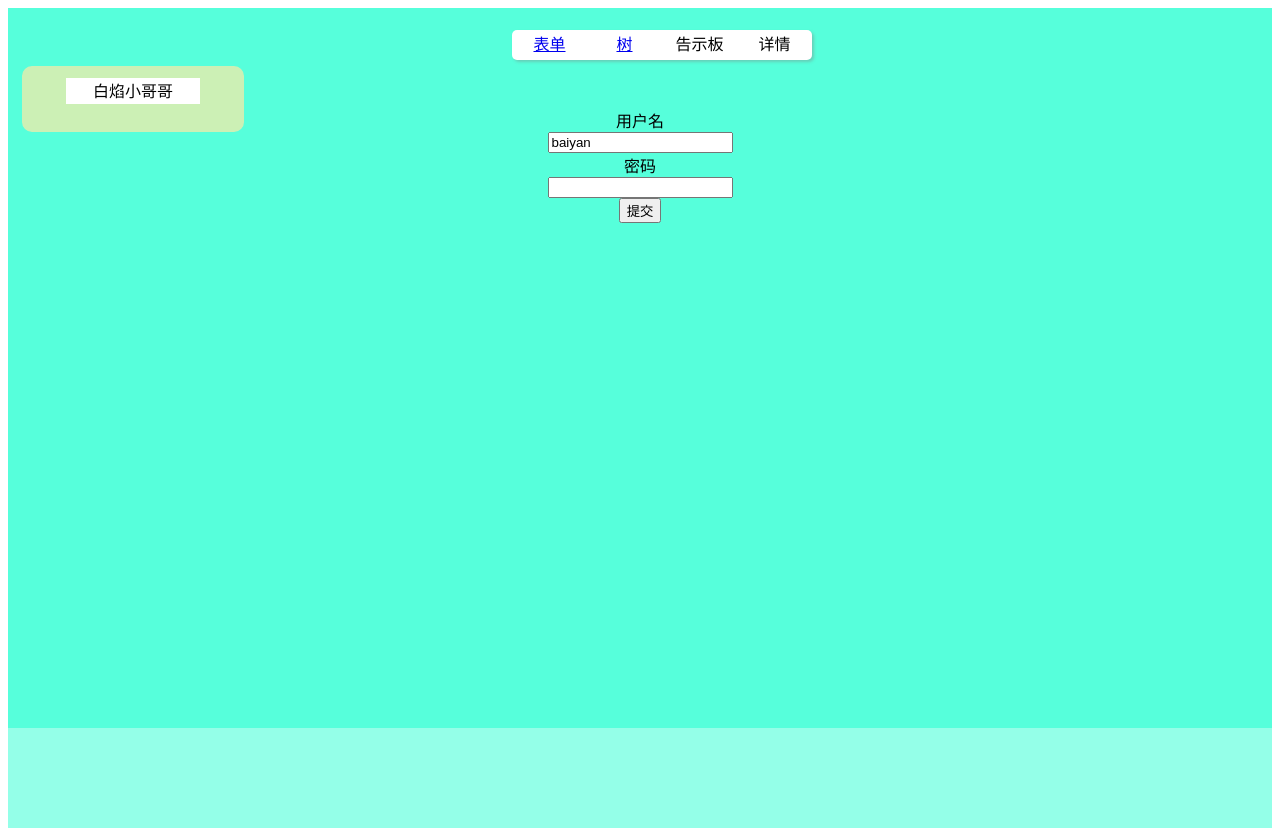
Repository: lxl0302/ClassBegin_-sound_code
Page: /#/kform
The author's editor kept a copy of each file at every save. The page is drawn from the files as they stood at one save, then again after the next save.
The browser window is 1280 px wide. The pictures show the whole page.
The project was rebuilt for these pictures with package versions that can differ from the ones it lists, and the page was loaded fresh each time. Also part of the build but not shown: src/notice/KNotice.vue, src/tree/Item1.vue, src/tree/index1.vue, src/views/homepage.vue.

Above is the page before, as saved 2020-07-10 17:04:28.

### src/main.js
import Vue from 'vue'
import App from './App.vue'
import create from './utils/create'
import router from './router/index'
import store from './store/index'

Vue.config.productionTip = false

Vue.prototype.$create =create

new Vue({
  router,
  store,
  render: h => h(App),
}).$mount('#app')

### src/App.vue
<template>
  <div id="app">
    <HelloWorld />
  </div>
</template>

<script>
import HelloWorld from './views/index'

export default {
  name: 'App',
  components: {
    HelloWorld
  }
}
</script>

<style>
  html,body{
    height: 100%;
  }
  #app {
    height: 100%;
  }
</style>

### src/utils/create.js
import Vue from 'vue';

export default function create(Component, props) {
  // 先创建实例
  const vm = new Vue({
    render(h) {
      // h就是createElement, 它返回VNode
      return h(Component, {props})
    }
  }).$mount();
  // 手动挂在dom 创建实例后 会有与实例对应的实体dom
  document.body.appendChild(vm.$el)
  // 销毁方法
  const comp = vm.$children[0];
  comp.remove = function() {
    document.body.removeChild(vm.$el); // 移除实体dom
    vm.$destroy() // 销毁实例
  }
  return comp
}

### src/router/index.js
import Vue from "vue";
import VueRouter from "vue-router";

// 1.安装插件
Vue.use(VueRouter);

// 2.创建vue-router实例
//   2.1 导入路由映射组件
import KFrom from "../form/index.vue";
import Tree from "../tree/index1.vue";
import HomePage from '../views/homepage.vue'
const router = new VueRouter({
  // 配置映射
  routes: [
    {
      path: '',
      redirect: '/pagehome'
    },
    {
      path: '/pagehome',
      component: HomePage
    },
    {
      path: "/kform", // 设置路由路径
      component: KFrom, // 路由路径对应组件
    },
    {
      path: "/tree",
      component: Tree,
    },
  ]
});

// 3.导出
export default router;

### src/store/index.js
import Vuex from 'vuex'
import Vue from 'vue'

Vue.use(Vuex)

const store = new Vuex.Store({
  state: {
    count: 0,
    masterName: '白焰小哥哥'
  },
  mutations: {
    increment(state) {
      state.count ++
    },
    decrement(state) {
      state.count --
    }
  }
})

export default store

### src/views/index.vue
<template>
  <div class="zong">
    <storeView></storeView>
    <div class="toolbar">
      <span><router-link to="/kform">表单</router-link></span>
      <span><router-link to="/tree">树</router-link></span>
      <span>告示板</span>
      <span>详情</span>
    </div>
    <!-- 展示路由组件 -->
    <router-view></router-view>
  </div>
</template>

<script>
  import storeView from './storeView'
  export default {
    name: 'index',
    components: {
      storeView
    },
    data() {
      return {}
    },
    computed: {
      testData() {
        return this.$store.state.count
      }
    },
    mounted() {},
    methods: {
      formClick() {
        this.$router.push('/kform')
      },
      treeClick() {
        this.$router.push('/tree')
      }
    }
  }
</script>
<style scoped>
  div {
    /*早期浏览器*/
    user-select: none;
  }

  .zong {
    width: 100%;
    height: 100%;
    background-color: rgba(0, 255, 200, 0.418);
  }

  .toolbar {
    position: absolute;
    top: 30px;
    left: 40%;
    width: 300px;
    height: 30px;
    border-radius: 5px;
    background-color: white;
    box-shadow: 2px 2px 3px rgba(128, 128, 128, 0.377);
    /* 设置元素两端对齐 */
    text-align: justify;
  }

  .toolbar::after {
    content: '';
    display: inline-block;
    overflow: hidden;
    width: 100%;
  }

  .toolbar span {
    width: 25%;
    /* 设置盒子为行内块 */
    display: inline-block;
    /* background-color: skyblue; */
    /* 设置盒子内元素水平居中 */
    text-align: center;
    /* 设置盒子内容垂直居中 */
    line-height: 30px;
  }

  .toolbar span:hover {
    font-size: 16px;
    color: rgb(47, 206, 255);
  }
</style>

### src/form/index.vue
<template>
  <div class="zong">
    <k-form :model="model" :rules="rules" ref="loginForm">
      <k-form-item label="用户名" prop="username">
        <k-input v-model="model.username" autocomplete="off"></k-input>
      </k-form-item>
      <k-form-item label="密码" prop="password">
        <k-input type="password" v-model="model.password" autocomplete="off"></k-input>
      </k-form-item>
      <k-form-item>
        <button @click="submitForm('loginForm')">提交</button>
      </k-form-item>
    </k-form>
  </div>
</template>

<script>
import KForm from './Form'
import KFormItem from './FromItem'
import KInput from './Input'

import KNotice from '../notice/KNotice'
export default {
  name: 'index',
  components: {
    KForm,
    KFormItem,
    KInput
  },
  data() {
    return {
      model: {username: "baiyan", password: ""},
      rules: {
        username: [{required: true, message: "请输入用户名"}],
        password: [{required: true, message: "请输入密码"}]
      }
    }
  },
  methods: {
    submitForm(form) {
      this.$refs[form].validateForm(valid => {
        const notice = this.$create(KNotice, {
          title: "温馨提示",
          message: valid ? "抓紧给老子登录!" : "校验失败",
          duration: 1000
        });
        notice.show()
      });
    }
  }
}
</script>
<style scoped>
.zong{
  height: 100%;
  width: 100%;
  padding-top: 100px;
  text-align: center;
}
</style>

### src/views/storeView.vue
<template>
  <div class="storezong">
    <div class="shichuang">
      {{this.$store.state.masterName}}
    </div>
  </div>
</template>

<script>
export default {
  name: '',
  components: {},
  data() {
    return {}
  },
  computed: {},
  mounted() {},
  methods: {}
}
</script>
<style scoped>
.storezong {
  position: absolute;
  top: 66px;
  left: 22px;
  height: 66px;
  width: 222px;
  background-color: rgba(235, 236, 173, 0.795);
  border-radius: 10px;
  text-align: center;
}
.shichuang {
  width: 60%;
  height: 40%;
  margin: 12px auto;
  background-color: #fff;
}
</style>

### src/form/Form.vue
<template>
  <div class>
    <slot></slot>
  </div>
</template>

<script>
export default {
  name: 'Form',
  provide() {
    return {
      form: this
    }
  },
  props: {
    model: {
      // 数据
      type: Object,
      required: true
    },
    rules: {
      // 校验规则
      type: Object
    }
  },
  mounted() {
    console.log('$router', this.$router);
  },
  methods: {
    // 校验的最后结果
    validateForm(cb) {
      const tasks = this.$children
        .filter(item => item.prop) // 过滤掉按钮
        .map(item => item.validate()) // 查询数组中的值
      console.log('答案', tasks);

      // 结果返回的是promise数组,通过数组来校验 集合
      Promise.all(tasks)
        .then(() => cb(true))
        .catch(() => cb(false))
    }
  }
}
</script>
<style scoped>
</style>

### src/form/FromItem.vue
<template>
  <div class>
    <label v-if="label">{{label}}</label>
    <slot></slot>
    <p v-if="errorMessage">{{errorMessage}}</p>
  </div>
</template>

<script>
import Schema from 'async-validator'
export default {
  name: 'FromItem',
  inject: ['form'],
  props: {
    label: {
      type: String,
      default: ''
    },
    prop: {
      type: String
    }
  },
  data() {
    return {
      errorMessage: ''
    }
  },
  mounted() {
    this.$on('validate', () => {
      this.validate
    })
  },
  methods: {
    validate() {
      // 做校验
      const value = this.form.model[this.prop]
      const rules = this.form.rules[this.prop]
      const desc = { [this.prop]: rules }
      const schema = new Schema(desc)
      // return的是校验结果的Promise
      return schema.validate({ [this.prop]: value }, errors => {
        if (errors) {
          this.errorMessage = errors[0].message
        } else {
          this.errorMessage = ''
        }
      })
    }
  }
}
</script>
<style scoped>
</style>

### src/form/Input.vue
<template>
  <div class>
    <input :value="value" @input="changeMethods" v-bind="$attrs">
  </div>
</template>

<script>
export default {
  name: '',
  components: {},
  props: {
    value: {
      type: String
    }
  },
  computed: {},
  mounted() {},
  methods: {
    changeMethods(e) {
      this.$emit('input', e.target.value)
      // 将值返给fomritem 做校验
      this.$parent.$emit('validate')
    }
  }
}
</script>
<style scoped>
</style>

Loaded but not shown: public/index.html (common file)

After the next save:
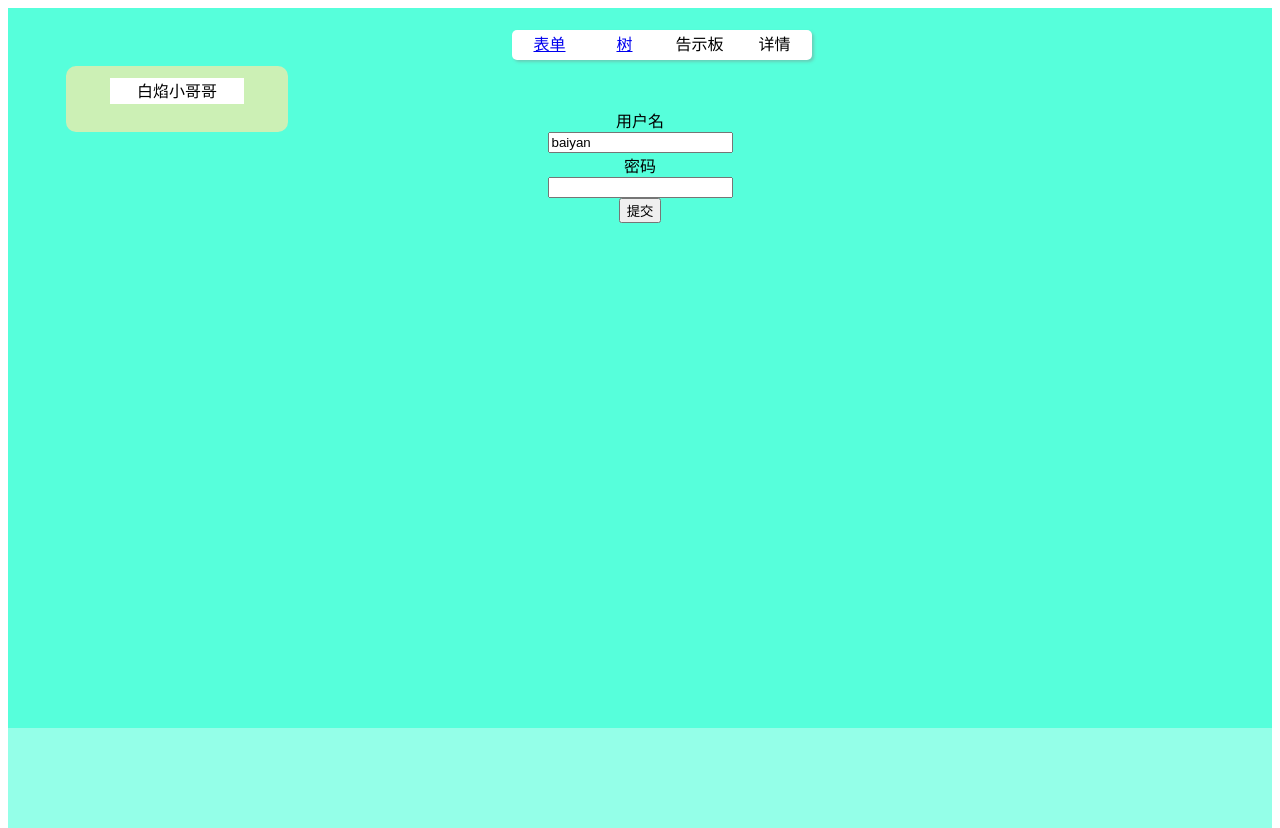
Saved 5 s later.
--- a/src/views/storeView.vue
+++ b/src/views/storeView.vue
@@ -22,7 +22,7 @@ export default {
 .storezong {
   position: absolute;
   top: 66px;
-  left: 22px;
+  left: 66px;
   height: 66px;
   width: 222px;
   background-color: rgba(235, 236, 173, 0.795);
